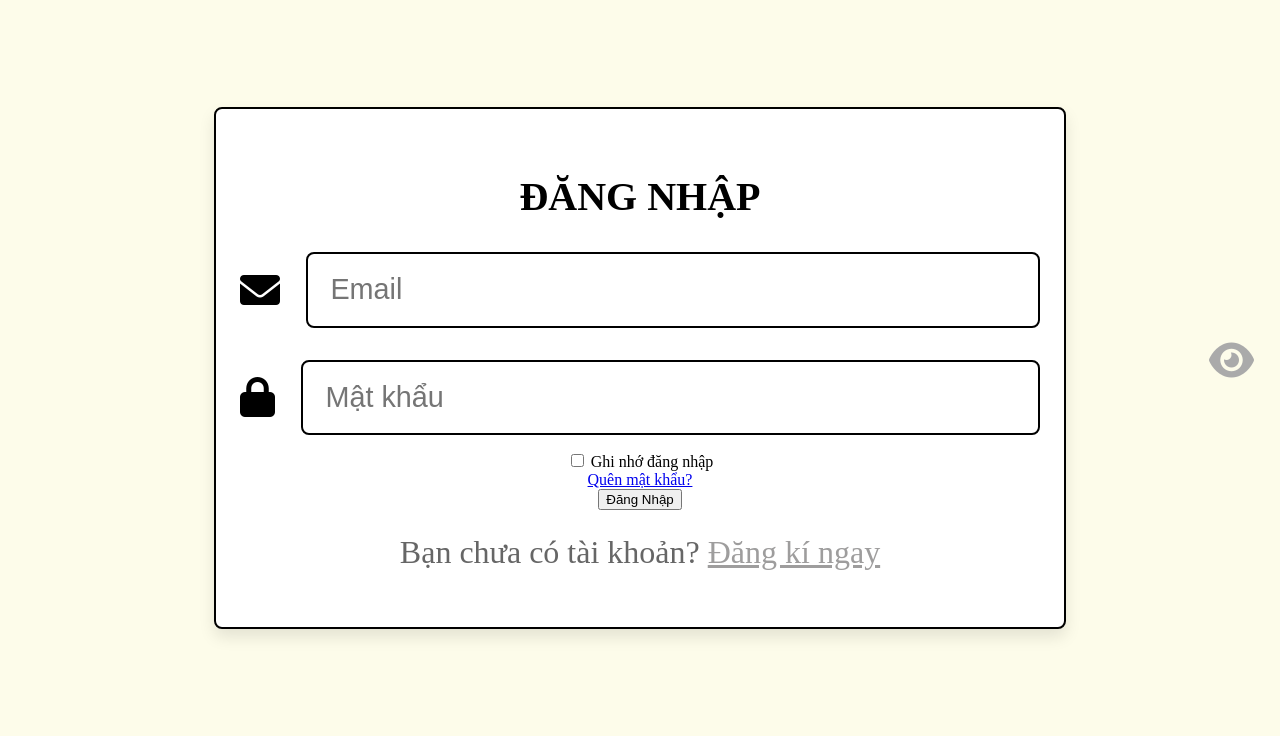
Repository: Dien973/expense_manager
Page: http://localhost/expense_manager/user_page/login.php
An editor plug-in stored every save of this project. The page is shown before and after a run of saves, followed by the edit.
The browser window is 1280 px wide. The pictures show the whole page.
The page is run by PHP 8.4 with error messages shown; the project is at /var/www/html/. user_page/conn.php is not in the repository; a stand-in opens the database connection. Other server files are loaded and not shown.

Above is the page before, as saved 2025-12-05 14:09:58.

### user_page/login.php
<?php

@include 'conn.php';

session_start();

if(isset($_POST['submit'])){

   $filter_email = filter_var($_POST['email'], FILTER_SANITIZE_STRING);
   $email = mysqli_real_escape_string($conn, $filter_email);
   $filter_pass = filter_var($_POST['pass'], FILTER_SANITIZE_STRING);
   $pass = mysqli_real_escape_string($conn, $filter_pass);

   $select_users = mysqli_query($conn, "SELECT * FROM `users` WHERE email = '$email' AND upassword = '$pass'") or die('Thất bại');


   if(mysqli_num_rows($select_users) > 0){

      $row = mysqli_fetch_assoc($select_users);

      if($row['urole'] == 'admin'){

         $_SESSION['admin_name'] = $row['uname'];
         $_SESSION['admin_email'] = $row['email'];
         $_SESSION['admin_id'] = $row['uid'];
         header('location:admin_page.php');

      }elseif($row['urole'] == 'user'){

         $_SESSION['user_name'] = $row['uname'];
         $_SESSION['user_email'] = $row['email'];
         $_SESSION['user_id'] = $row['uid'];
         header('location:home.php');

      }else{
         $message[] = 'Không tìm thấy người dùng!';
      }

   }else{
      $message[] = 'Sai email hoặc mật khẩu!';
   }

}

?>

<!DOCTYPE html>
<html lang="en">
<head>
   <meta charset="UTF-8">
   <meta http-equiv="X-UA-Compatible" content="IE=edge">
   <meta name="viewport" content="width=device-width, initial-scale=1.0">
   <title>Đăng nhập</title>

   <!-- font awesome cdn link  -->
   <link rel="stylesheet" href="https://cdnjs.cloudflare.com/ajax/libs/font-awesome/6.0.0/css/all.min.css">

   <!-- custom css file link  -->
   <link rel="stylesheet" href="../css/main.css">

</head>
<body>

<?php
if(isset($message)){
   foreach($message as $message){
      echo '
      <div class="message">
         <span>'.$message.'</span>
         <i class="fas fa-times" onclick="this.parentElement.remove();"></i>
      </div>
      ';
   }
}
?>

<section class="form-container">

   <form action="" method="post">
      <h3>Đăng Nhập</h3>

      <div class="input-boxes">
         <div class="inpt">
            <i class="fas fa-envelope"></i>
            <input type="email" name="email" class="box" placeholder="Email" required>
         </div>
         <div class="inpt">
            <i class="fas fa-lock"></i>
            <input type="password" name="pass" class="box" placeholder="Mật khẩu" required>
            <i class="fa-solid fa-eye" id="eye"></i>
         </div>
         <div>
            <input id="remember-login" type="checkbox" name="remember">
            <label for="remember-login">Ghi nhớ đăng nhập</label>
         </div>
         <div class="forgot-password" class="text"><a href="#">Quên mật khẩu?</a></div>
         <input type="submit" class="btn" name="submit" value="Đăng Nhập">
         <p>Bạn chưa có tài khoản? <a href="signup.php">Đăng kí ngay</a></p>
      </div>
   </form>
</section>

</body>
</html>

### css/main.css
body {
  background-color: rgb(253, 252, 234);
}
/*----------FORM ĐĂNG NHẬP------------*/
.form-container {
  display: flex;
  align-items: center;
  justify-content: center;
  min-height: 100vh;
}

.form-container form {
  padding: 1.5rem;
  border-radius: 0.5rem;
  border: #000 solid 2px;
  background-color: #ffffff;
  box-shadow: 0 0.5rem 1rem rgba(0, 0, 0, 0.1);
  width: 50rem;
  text-align: center;
}

.form-container form h3 {
  font-size: 2.5rem;
  text-transform: uppercase;
  color: #000;
  margin-bottom: 1rem;
}

.form-container form .inpt {
  display: flex;
  align-items: center; /* Căn chỉnh theo chiều dọc */
  gap: 10px; /* Tạo khoảng cách giữa icon và input */
}
.form-container form .box {
  width: 100%;
  padding: 1.2rem 1.4rem;
  font-size: 1.8rem;
  color: #000;
  border: #000 solid 2px;
  background-color: #fff;
  margin: 1rem 0;
  border-radius: 0.5rem;
  position: relative;
}

#eye {
  position: absolute;
  right: 10px;
  top: 50%;
  transform: translateY(-50%);
  cursor: pointer;
  /* Tùy chọn: đổi màu cho dễ nhìn */
  color: #aaa;
}

.form-container form i {
  color: #000;
  font-size: 2.5rem;
  margin-right: 1rem;
}

.form-container form p {
  margin-top: 1.5rem;
  font-size: 2rem;
  color: #666;
}

.form-container form p a {
  color: #9e9d9d;
}

.form-container form p a:hover {
  text-decoration: underline;
}

After the next 2 saves:
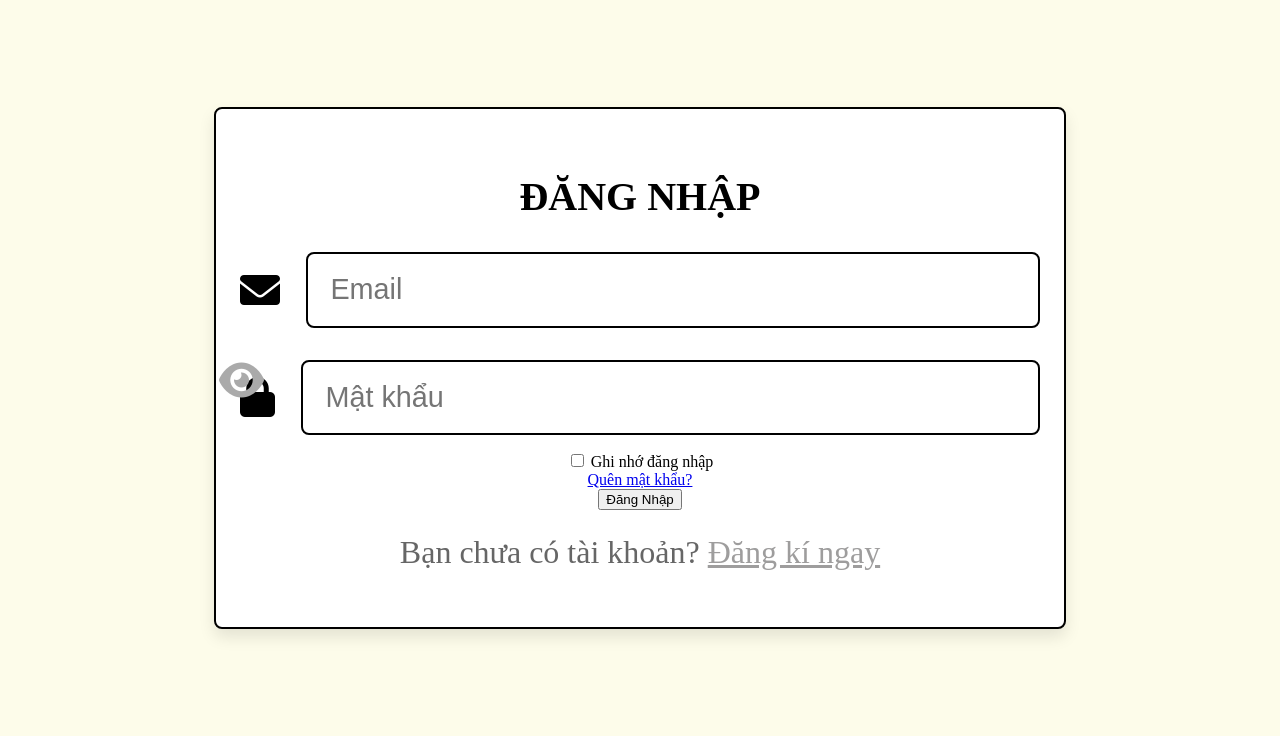
The 2 saves are shown as one change because they came seconds apart.
The last was saved 17 s later.
--- a/css/main.css
+++ b/css/main.css
@@ -45,9 +45,8 @@ body {
 
 #eye {
   position: absolute;
-  right: 10px;
+  right: 1000px;
   top: 50%;
-  transform: translateY(-50%);
   cursor: pointer;
   /* Tùy chọn: đổi màu cho dễ nhìn */
   color: #aaa;
